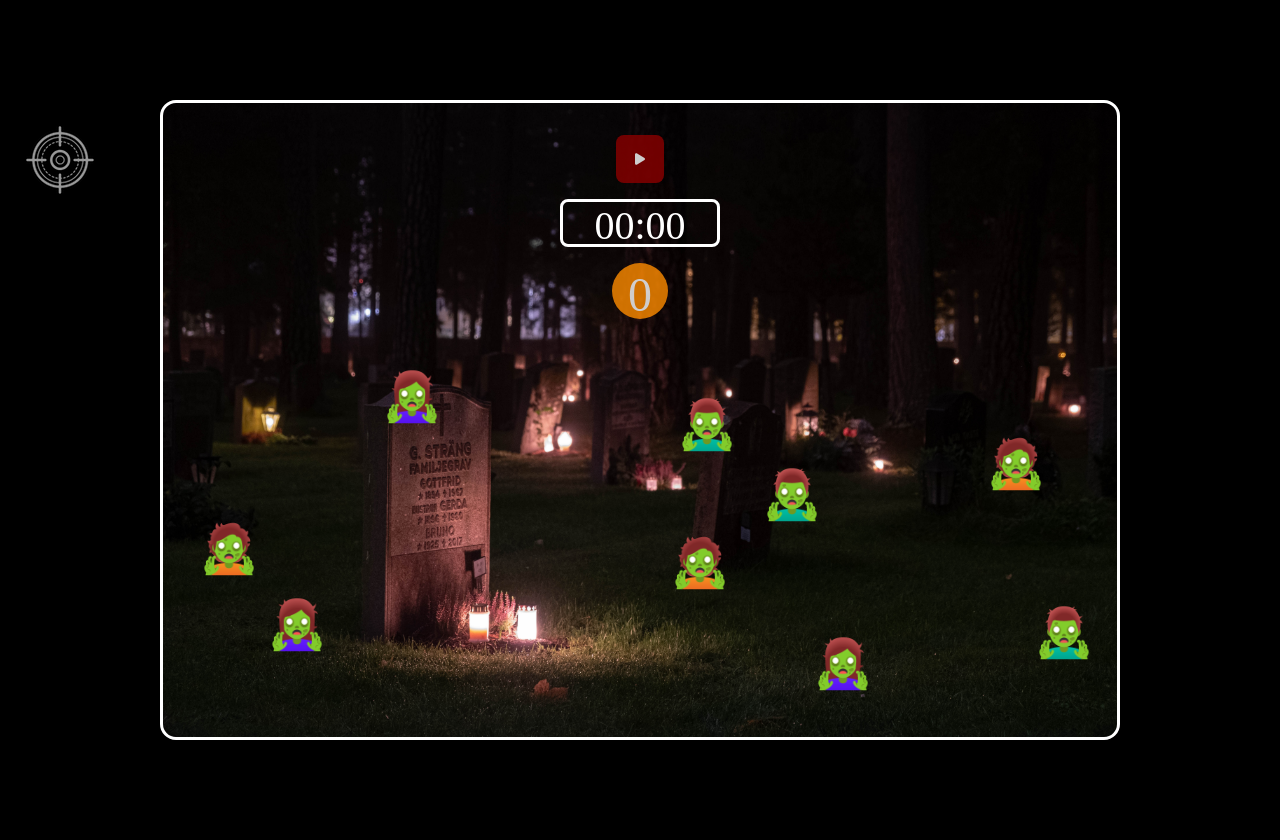
Repository: MrJinkyu/ZombieGame
Page: index.html
The author's editor kept a copy of each file at every save. The page is drawn from the files as they stood at one save, then again after the next save.
The browser window is 1280 px wide. The pictures show the whole page.
Some web libraries are served in a nearby version.

Above is the page before, as saved 2023-04-09 13:39:01.

After the next save:
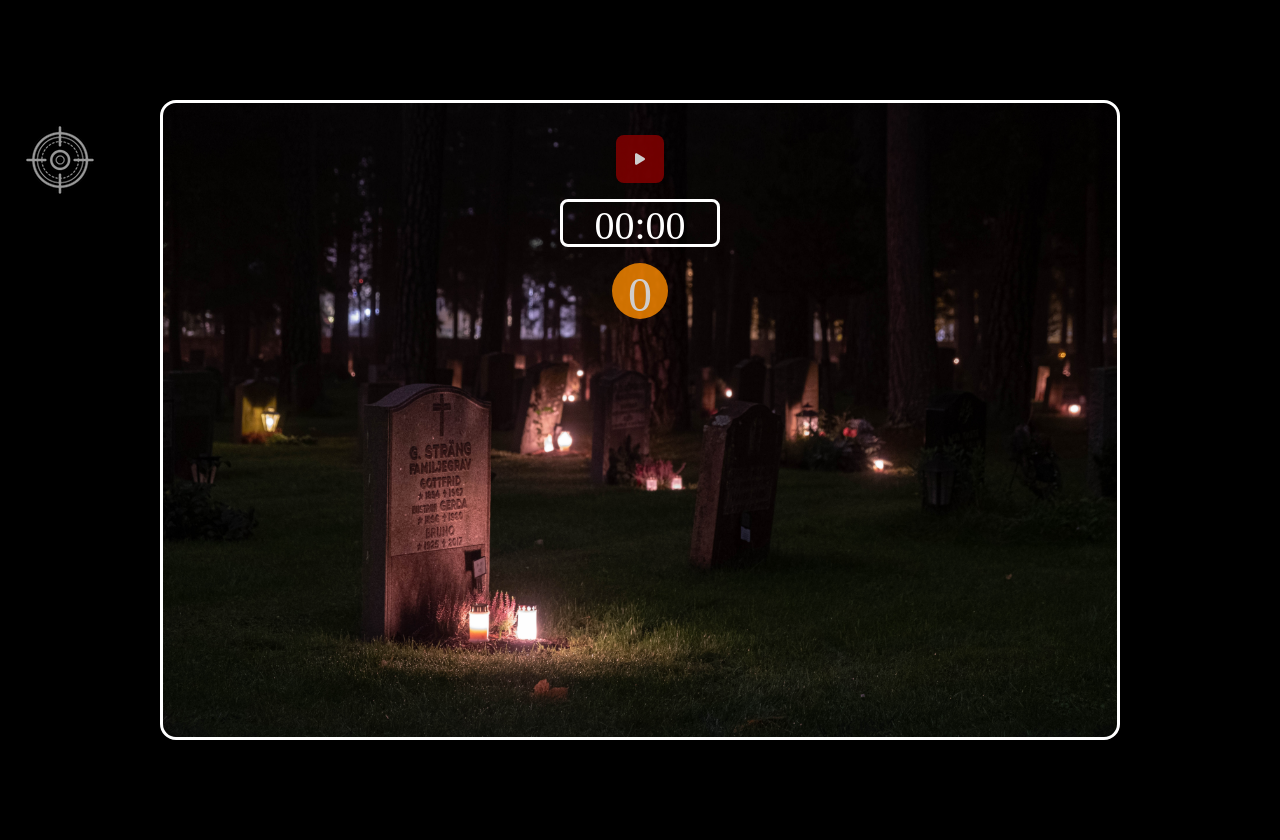
Console error: ReferenceError: gameField is not defined
Saved 109 s later.
--- a/main.js
+++ b/main.js
@@ -1,6 +1,7 @@
 'use strict';
-const gameField = document.querySelector('.game__field');
+const field = document.querySelector('.game__field');
 const fieldRect = gameField.getBoundingClientRect();
+const gameBtn = document.querySelector('.game__btn');
 
 const Zombie = {
     width:48,
@@ -11,9 +12,14 @@ const Zombie = {
     third:'🧟‍♀️',
 }
 
+gameBtn.addEventListener('click',()=>{
+
+})
+
 init();
 
 function init(){
+
     addZombie(Zombie.className,Zombie.first,3);
     addZombie(Zombie.className,Zombie.second,3);
     addZombie(Zombie.className,Zombie.third,3);
